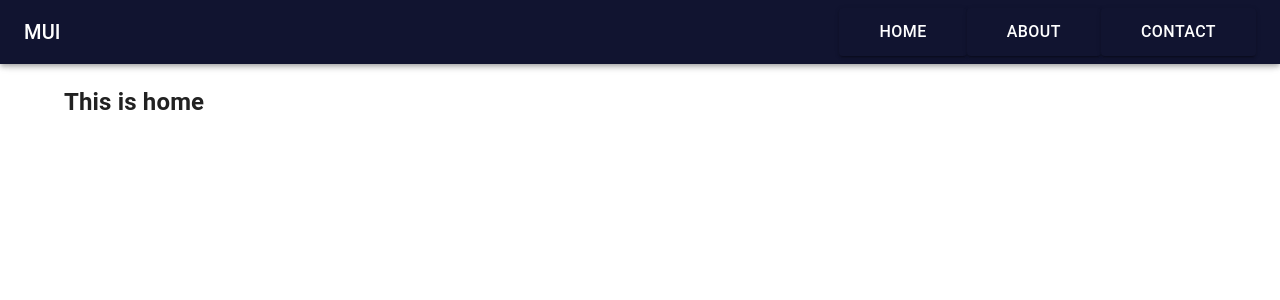
Repository: Wahid137/explore-mui
Page: /
An editor plug-in stored every save of this project. The page is shown before and after the next save, followed by the edit.
The browser window is 1280 px wide. The pictures show the whole page.
The project was rebuilt for these pictures with package versions that can differ from the ones it lists, and the page was loaded fresh each time. Also part of the build but not shown: src/App.css.

Above is the page before, as saved 2023-04-19 14:38:15.

After the next save:
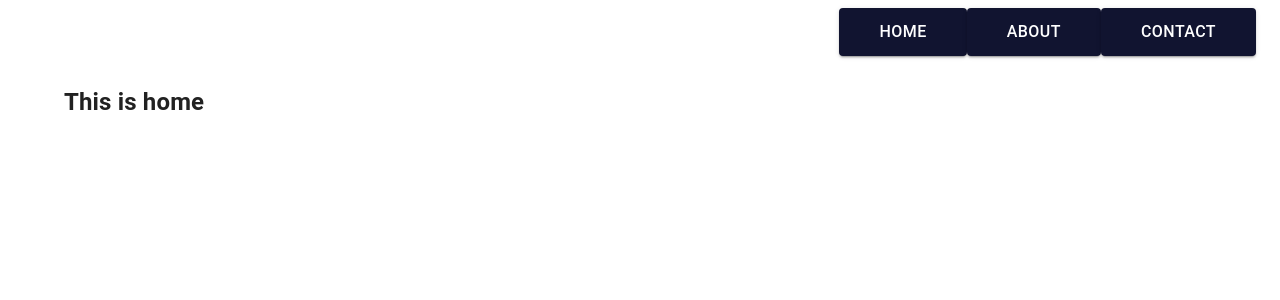
Saved 2 min 32 s later.
--- a/src/Components/Header/Header.js
+++ b/src/Components/Header/Header.js
@@ -50,7 +50,10 @@ export default function Header(props) {
     return (
         <Box sx={{ display: 'flex' }}>
             <CssBaseline />
-            <AppBar component="nav">
+            <AppBar component="nav" sx={{
+                backgroundColor: 'transparent',
+                boxShadow: 'none'
+            }}>
                 <Toolbar>
                     <IconButton
                         color="inherit"
